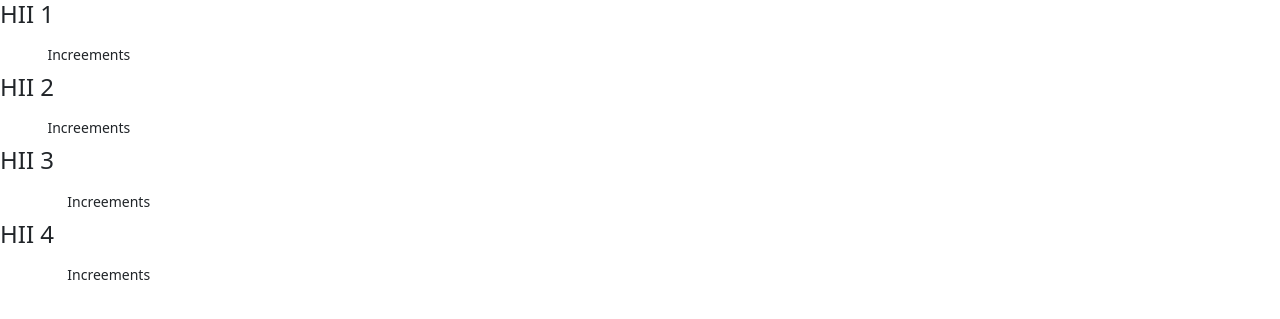
Repository: atulbihari94/counter-app
Page: / (app in counter-app/)
The author's editor kept a copy of each file at every save. The page is drawn from the files as they stood at one save, then again after the next save.
The browser window is 1280 px wide. The pictures show the whole page.
The project was rebuilt for these pictures with package versions that can differ from the ones it lists, and the page was loaded fresh each time.

Above is the page before, as saved 2019-09-26 23:32:41.

After the next save:
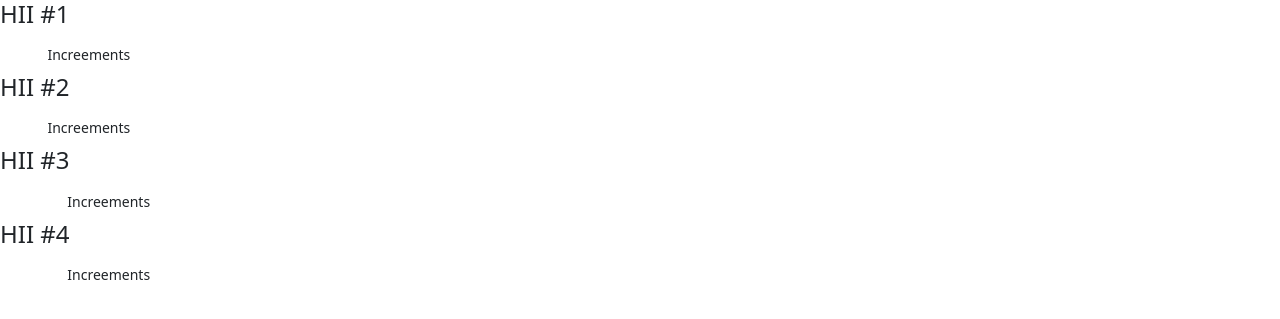
Saved 19 s later.
--- a/counter-app/src/components/counters.jsx
+++ b/counter-app/src/components/counters.jsx
@@ -15,7 +15,7 @@ class Counters extends Component {
       <div>
         {this.state.counters.map(counter => (
           <Counter key={counter.id} value={counter.value}>
-          <h4>HII {counter.id}</h4>
+          <h4>HII #{counter.id}</h4>
           </Counter>
         ))}
       </div>
